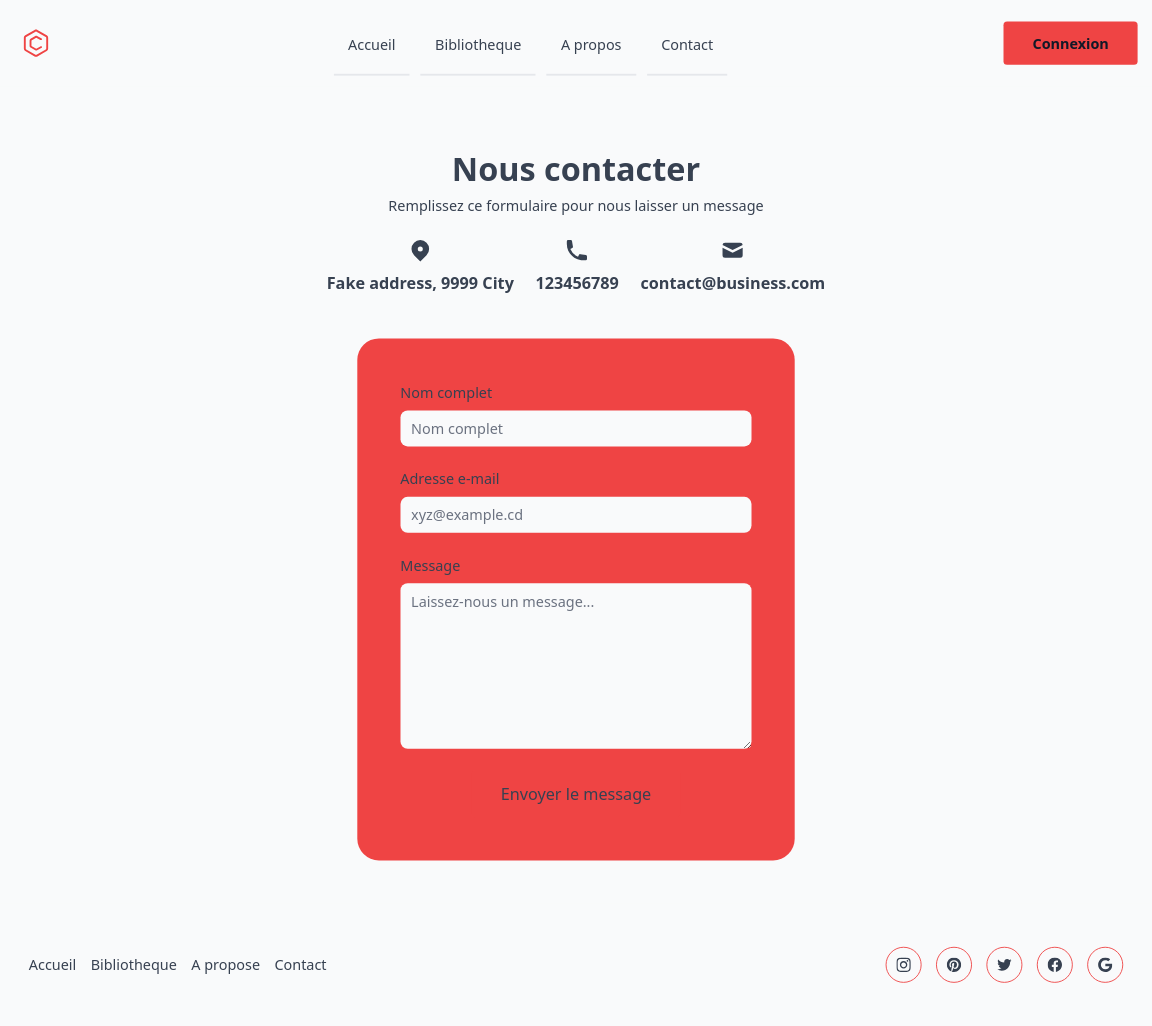
Repository: erulabs243/museum
Page: /contact
An editor plug-in stored every save of this project. The page is shown before and after the next save, followed by the edit.
The browser window is 1280 px wide. The pictures show the whole page, at 90% of full size.
The project was rebuilt for these pictures with package versions that can differ from the ones it lists, and the page was loaded fresh each time. Also part of the build but not shown: vite.config.js, src/pages/admin/Home.jsx, src/pages/commons/NotFound.jsx, src/components/atoms/TagBadge.jsx, src/components/atoms/MyAudioPlayer.jsx, src/components/atoms/MyVideoPlayer.jsx, src/components/atoms/MediaCard.jsx, src/components/sections/Testimonial.jsx and 16 more.

Above is the page before, as saved 2022-08-10 14:23:06.

After the next save:
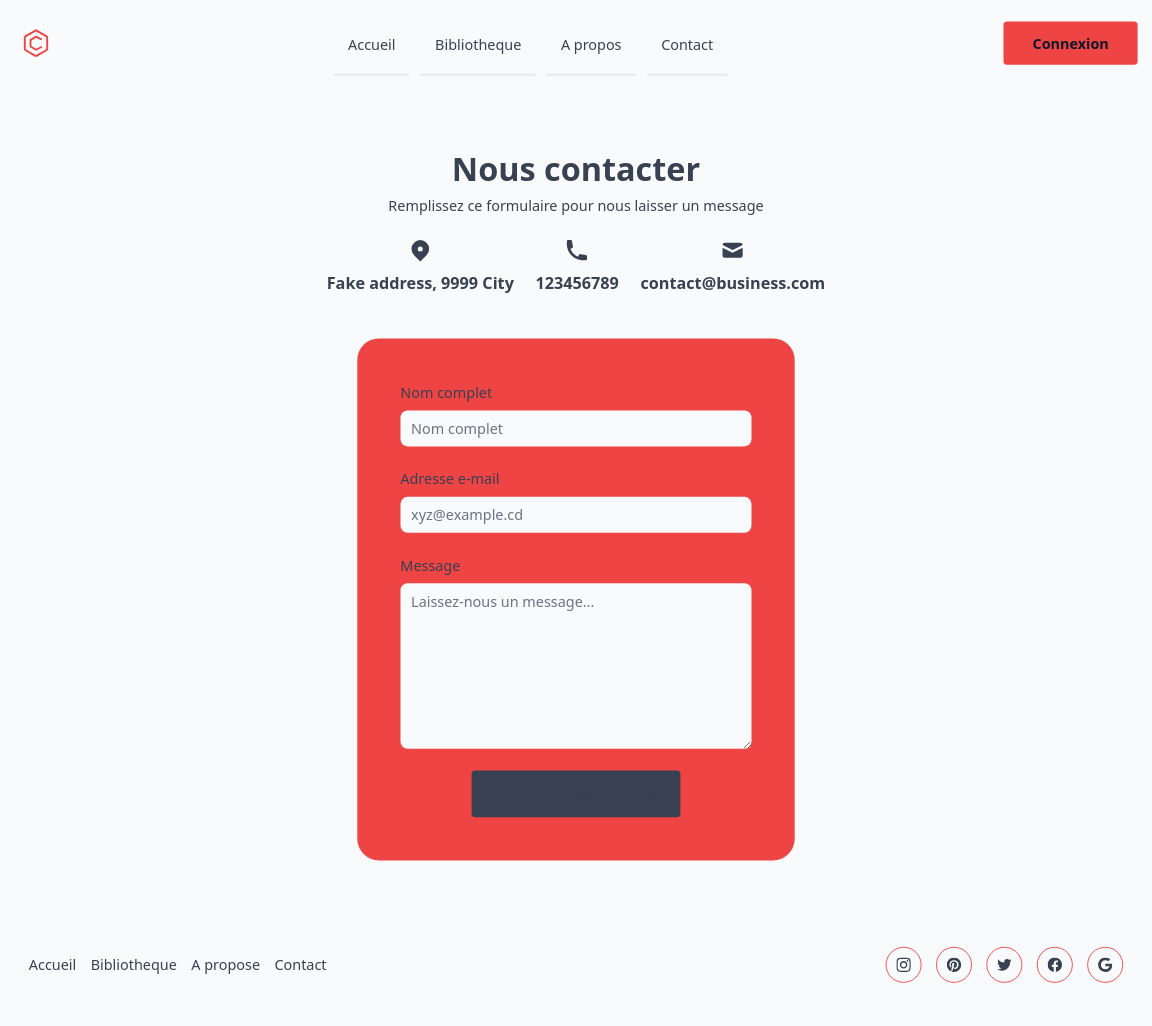
Saved 17 s later.
--- a/src/pages/user/Contact.jsx
+++ b/src/pages/user/Contact.jsx
@@ -83,7 +83,7 @@ const Contact = () => {
                         </label>
                         <button
                             type="button"
-                            className="self-center px-8 py-3 text-lg rounded focus:ring hover:ring focus:ring-opacity-75 bg-red-500 text-gray-700 focus:ring-red-500 hover:ring-red-500">
+                            className="self-center px-8 py-3 text-lg rounded focus:ring hover:ring focus:ring-opacity-75 bg-gray-700 text-gray-700 focus:ring-red-500 hover:ring-red-500">
                             Envoyer le message
                         </button>
                     </form>
